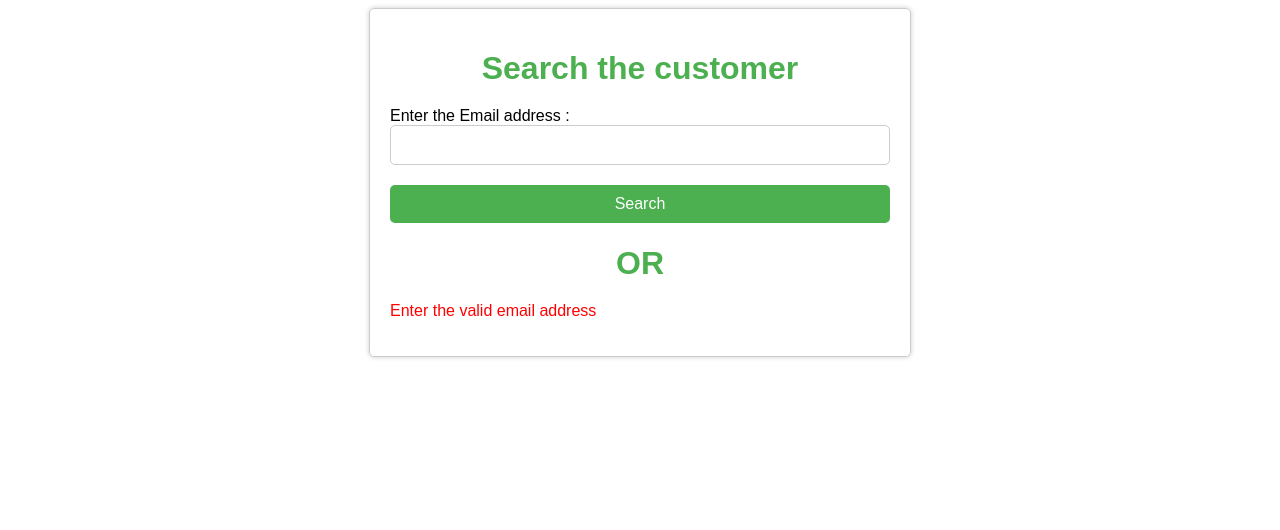
Repository: UnmeshNarayanKadam/JAVA-SPRING-HIBERNATE-PROGRAM
Page: http://localhost/spring-webapp/searchCustomer.jsp
The author's editor kept a copy of each file at every save. The page is drawn from the files as they stood at one save, then again after the next save.
The browser window is 1280 px wide. The pictures show the whole page.
The page is served by Tomcat 9. The template is opened directly, without the code that normally fills it, so the values that code supplies are empty.

Above is the page before, as saved 2023-02-27 10:26:25.

After the next save:
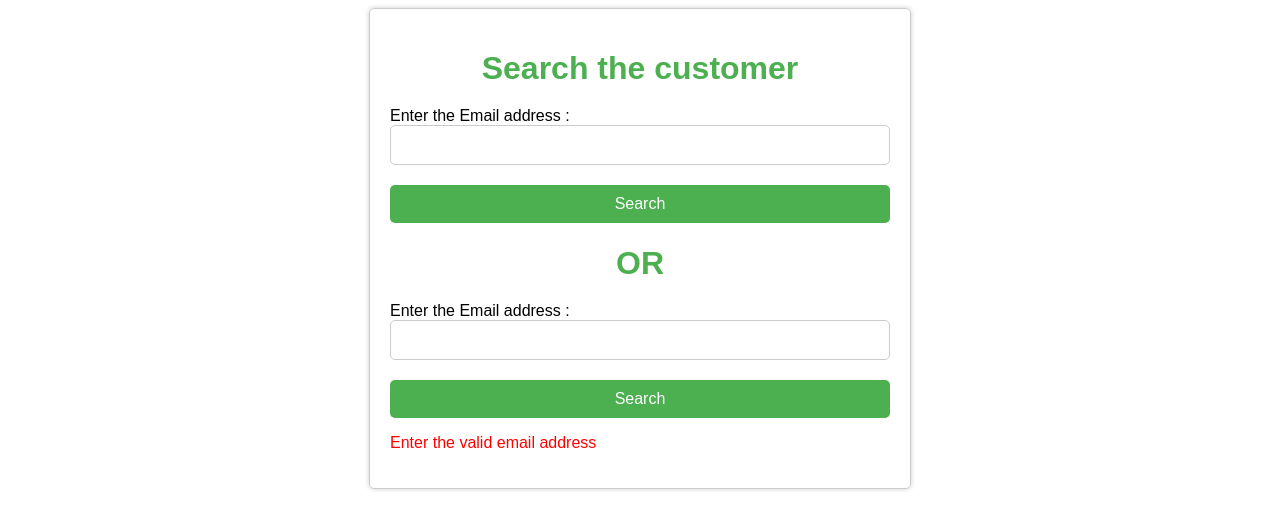
Saved 6 s later.
--- a/spring-webapp/src/main/webapp/searchCustomer.jsp
+++ b/spring-webapp/src/main/webapp/searchCustomer.jsp
@@ -64,7 +64,10 @@ button[type="submit"]:hover {
 			<button type="submit">Search</button>
 		</form>
 		<h1>OR</h1>
-
+		<form action="search-customer">
+			Enter the Email address : <input name="email" /><br>
+			<button type="submit">Search</button>
+		</form>
 		<c:choose>
 			<c:when test="${ c!=null }">
 				<p>------------------------------------Search
